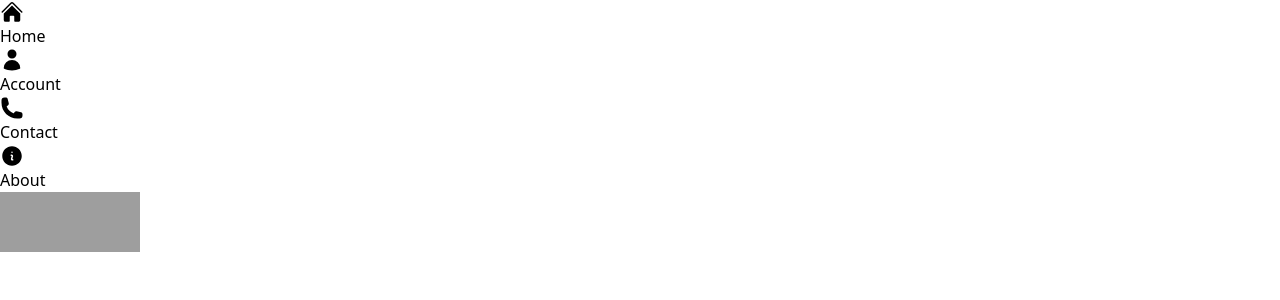
Repository: lyvandat/imdb-movie
Page: /
The author's editor kept a copy of each file at every save. The page is drawn from the files as they stood at one save, then again after the next save.
The browser window is 1280 px wide. The pictures show the whole page.
Pictures or frames that could not be fetched are drawn as grey boxes. The project was rebuilt for these pictures with package versions that can differ from the ones it lists, and the page was loaded fresh each time. The framework's server and built-in components were replaced by stand-ins that run in the browser. Also part of the build but not shown: next.config.js.

Above is the page before, as saved 2022-10-04 10:21:10.

After the next save:
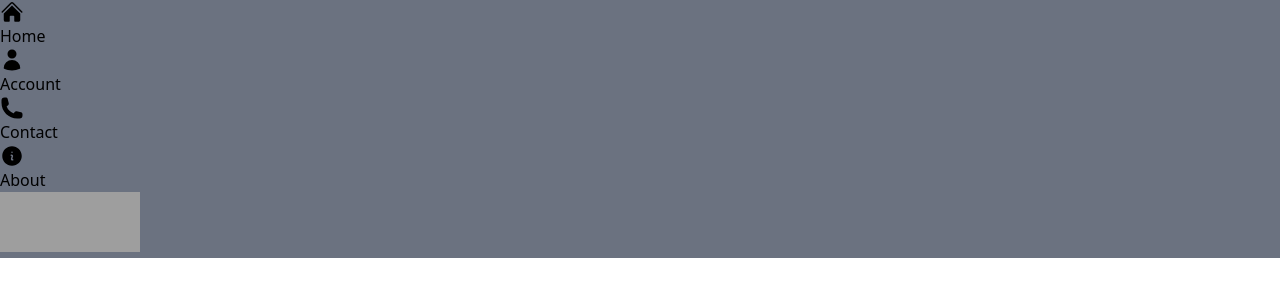
Saved 16 s later.
--- a/components/Header.js
+++ b/components/Header.js
@@ -11,7 +11,7 @@ import {
 
 function Header() {
   return (
-    <section>
+    <section className="bg-gray-500">
       <ul>
         <li>
           <HomeIcon className="h-6" />
